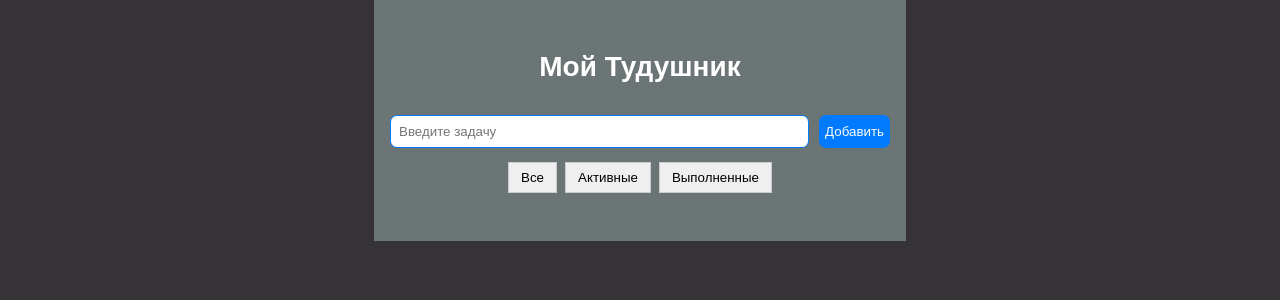
Repository: AlekCawka/-todo-project
Page: /
The author's editor kept a copy of each file at every save. The page is drawn from the files as they stood at one save, then again after the next save.
The browser window is 1280 px wide. The pictures show the whole page.
The project was rebuilt for these pictures with package versions that can differ from the ones it lists, and the page was loaded fresh each time. Also part of the build but not shown: vite.config.js.

Above is the page before, as saved 2025-08-06 11:37:08.

### src/main.jsx
import React from 'react'
import ReactDOM from 'react-dom/client'
import App from './App.jsx'

ReactDOM.createRoot(document.getElementById('root')).render(
  <React.StrictMode>
    <App />
  </React.StrictMode>
)

### src/App.jsx
import React, { useState } from 'react';
import { useTodos } from './hooks/useTodos';

import './App.css';

const App = () => {
  const { todos, addTodo, deleteTodo, updateTodo, toggleCompleted } = useTodos();
  const [inputValue, setInputValue] = useState('');
  const [filter, setFilter] = useState('all');

  const handleAdd = () => {
    addTodo(inputValue);
    setInputValue('');
  }

  const handleChange = (e) => {
    setInputValue(e.target.value);
  }

  const getFilteredTodos = (todos, filter) => {
    switch (filter) {
      case 'active':
        return todos.filter(todo => !todo.completed);
      case 'completed':
        return todos.filter(todo => todo.completed);
      default:
        return todos;
    }
  };

  const filteredTodos = getFilteredTodos(todos, filter);

  return (
    <div className="container">
      <h1 className="title">Мой Тудушник</h1>

      <div className="form">
        <input
          type="text"
          placeholder="Введите задачу"
          value={inputValue}
          onChange={handleChange}
        />
        <button onClick={handleAdd}>Добавить</button>
      </div>

      <div className="filters">
        <button onClick={() => setFilter('all')}>Все</button>
        <button onClick={() => setFilter('active')}>Активные</button>
        <button onClick={() => setFilter('completed')}>Выполненные</button>
      </div>

      <ul className="list">
        {filteredTodos.map(todo => (
          <li key={todo.id} className="todo-item">
            <input
              type="checkbox"
              checked={todo.completed}
              onChange={() => toggleCompleted(todo.id)}
            />
            <span
              style={{ textDecoration: todo.completed ? 'line-through' : 'none' }}
            >
              {todo.text}
            </span>
            <button onClick={() => {
              const newText = prompt('Новое значение:', todo.text);
              if (newText) updateTodo(todo.id, newText);
            }}>Редактировать</button>
            <button onClick={() => deleteTodo(todo.id)}>Удалить</button>
          </li>
        ))}
      </ul>
    </div>
  );
};

export default App;

### src/hooks/useTodos.js
import { useState, useEffect } from 'react';
import { Trash2, Edit, Clock, Calendar, CheckSquare, Square } from 'lucide-react';

const generateId = () => crypto?.randomUUID?.() || `${Date.now()}-${Math.random()}`;

export const useTodos = () => {
    const [todos, setTodos] = useState([]);

    const normalize = (text) => text.trim().toLowerCase();

    useEffect(() => {
        const stored = localStorage.getItem('todos');
        if (stored) {
            setTodos(JSON.parse(stored));
        }
    }, []);

    useEffect(() => {
        localStorage.setItem('todos', JSON.stringify(todos));
    }, [todos]);

    const addTodo = (text, deadline = null) => {
        const trimmed = text.trim();

        if (!trimmed) return;

        const isDuplicate = todos.some(todo => normalize(todo.text) === normalize(text));

        if (isDuplicate) {
            return;
        }

        const newTodo = {
            id: generateId(),
            text: trimmed,
            completed: false,
            createdAt: new Date().toISOString(),
            deadline: deadline || null,
        };
        setTodos(prevTodos => [newTodo, ...prevTodos]);
    };

    const deleteTodo = (id) => {
        setTodos(prev => prev.filter(todo => todo.id !== id));
    };

    const updateTodo = (id, updates) => {
        setTodos(prev =>
            prev.map(todo =>
                todo.id === id ?
                    { ...todo, ...updates } : todo
            )
        );
    };

    const toggleCompleted = (id) => {
        setTodos(prev =>
            prev.map(todo =>
                todo.id === id ?
                    { ...todo, completed: !todo.completed } : todo
            )
        )
    }

    return {
        todos,
        addTodo,
        deleteTodo,
        updateTodo,
        toggleCompleted
    };
};

### src/App.css
body {
    font-family: sans-serif;
    background: rgb(53, 51, 54);
    margin: 0;
    padding: 0;
}

.container {
    max-width: 500px;
    margin: 0 auto;
    padding: 32px 16px;
    background-color: rgb(108, 117, 117);
}

.title {
    text-align: center;
    font-size: 28px;
    margin-bottom: 2rem;
    color: white;
}

.form {
    display: flex;
    gap: 10px;
    margin-bottom: 14px;
}

.form input {
    flex: 1;
    padding: 8px;
    border: 1px solid #007bff;
    border-radius: 7px;

}

.form button {
    background-color: #007bff;
    color: white;
    border: none;
    border-radius: 7px;
    cursor: pointer;
    transition: background-color 0.3s;
}

.form button:hover {
    background-color: #0056b3
}

.filters {
    display: flex;
    justify-content: center;
    gap: 8px;
}

.filters button {
    padding: 7px 12px;
    border: 1px solid #ccc;
}
/*
.filters {
  display: flex;
  justify-content: center;
  gap: 0.5rem;
  margin-bottom: 1rem;
}

.filters button {
  padding: 0.4rem 0.8rem;
  border: 1px solid #ccc;
  border-radius: 6px;
  background-color: white;
  cursor: pointer;
  transition: all 0.2s;
}

.filters button:hover {
  background-color: #e9ecef;
}

.list {
  list-style: none;
  padding: 0;
  margin: 0;
}
 */

After the next save:
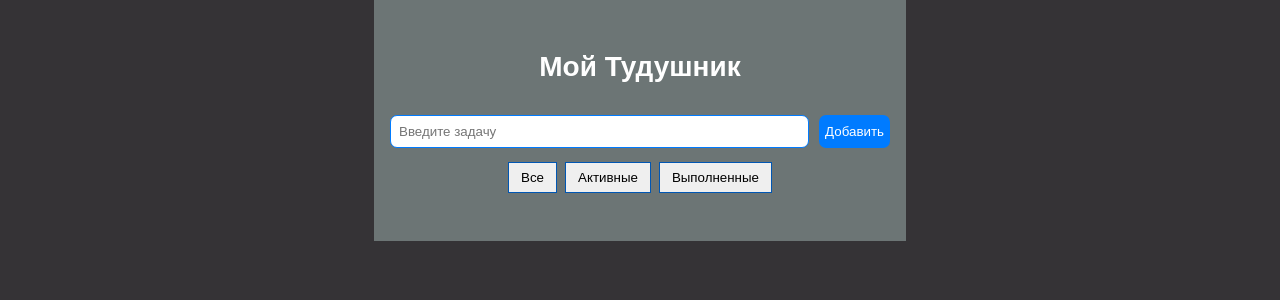
Saved 19 s later.
--- a/src/App.css
+++ b/src/App.css
@@ -43,7 +43,7 @@ body {
 }
 
 .form button:hover {
-    background-color: #0056b3
+    background-color: #0056b3;
 }
 
 .filters {
@@ -54,7 +54,7 @@ body {
 
 .filters button {
     padding: 7px 12px;
-    border: 1px solid #ccc;
+    border: 1px solid #0056b3;
 }
 /*
 .filters {
